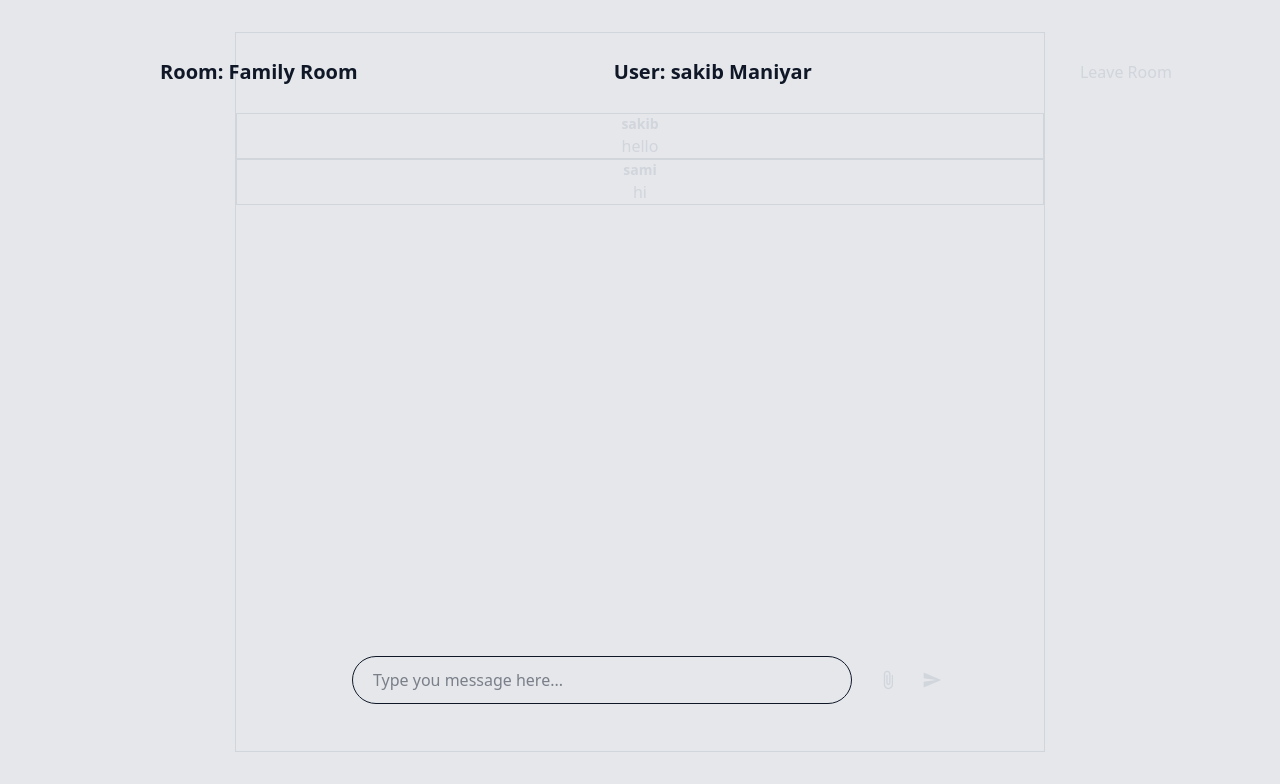
Repository: Saquib45/ChatApplication
Page: /chat (app in front-chat/)
An editor plug-in stored every save of this project. The page is shown before and after the next save, followed by the edit.
The browser window is 1280 px wide. The pictures show the whole page.
The project was rebuilt for these pictures with package versions that can differ from the ones it lists, and the page was loaded fresh each time. Also part of the build but not shown: front-chat/vite.config.js, front-chat/src/components/JoinCreateChat.jsx, front-chat/src/App.jsx.

Above is the page before, as saved 2025-04-12 21:57:15.

### front-chat/index.html
<!doctype html>
<html lang="en" class="dark">
  <head>
    <meta charset="UTF-8" />
    <link rel="icon" type="image/svg+xml" href="/vite.svg" />
    <meta name="viewport" content="width=device-width, initial-scale=1.0" />
    <title>Room Chat App</title>
  </head>
  <body class="h-screen bg-gray-200 text-gray-900 dark:bg-gray-950 dark:text-gray-400">
    <div id="root"></div>
    <script type="module" src="/src/main.jsx"></script>
  </body>
</html>

### front-chat/src/main.jsx
import { StrictMode } from 'react'
import { createRoot } from 'react-dom/client'
import './index.css'
import { BrowserRouter} from 'react-router'
import AppRoutes from "./config/routes.jsx"
import { Toaster } from 'react-hot-toast'

createRoot(document.getElementById('root')).render(
  <StrictMode>
    <BrowserRouter>
      <Toaster/>
      <AppRoutes/>
    </BrowserRouter>
  </StrictMode>,
)

### front-chat/src/config/routes.jsx

import React from "react";
import { Routes,Route } from "react-router";
import App from "../App.jsx";
import ChatPage from "../components/ChatPage.jsx";
const AppRoutes = () => {
  return (
    <Routes>
        <Route path="/" element={<App />} />
        <Route path="/chat" element={<ChatPage/>} />
        <Route path="/about" element={<h1>This is about page</h1>} />
        <Route path="*" element={<h1>404 Not Found</h1>} />

      </Routes>
  );
}
export default AppRoutes;

### front-chat/src/components/ChatPage.jsx
import React from "react";
import {MdAttachFile, MdSend} from "react-icons/md";
import { useState ,useRef } from "react";

function ChatPage() {

    const [messages,setMessages]=useState([{content:"hello",sender:"sakib"},{content:"hi",sender:"sami"} ]);
    const [input,setInput]=useState("");
    const inputRef=useRef(null);
    const chatBoxRef=useRef(null);
    const [stompClient,setStompClient]=useState(null);
    const [roomId,setRoomId]=useState("");


    return(
        <div className="">
            {/* Header of the page */}
            <header className=" dark:border-gray-700 fixed w-full dark:bg-gray-900 py-5 flex justify-around items-center">

                {/* room name container */}
                <div>
                    <h1 className="text-xl font-semibold">Room: <span>Family Room</span></h1>
                </div>

                {/* username container */}
                <div>
                    <h1 className="text-xl font-semibold">
                        User: <span>sakib Maniyar</span>
                    </h1>
                </div>

                {/* button: leave room container */}
                <div>
                    <button className="dark:bg-red-500 hover:dark:bg-red-700 px-3 py-2 rounded-full text-gray-300">Leave Room</button>
                </div>
            </header>

            {/* chat container */}
            <main className="py-20 border w-2/3 dark:bg-slate-600 text-gray-300  mx-auto h-screen overflow-auto">
                {
                    messages.map((message,index)=>(
                        <div key={index} >
                            <div className="border">
                                <p className="text-sm font-bold">{message.sender}</p>
                                <p>{message.content}</p>
                            </div>
                        </div>
                    ))
                }
            </main>


            {/* input message container */}
            <div className="fixed bottom-4 w-full h-12">
                <div className="h-full gap-4 pr-10 flex items-center justify-between  dark:border-gray-600 dark:bg-gray-900 rounded-full w-1/2 mx-auto">

                    <input type="text" placeholder="Type you message here..."

                        className="dark:border-gray-600  w-full border dark:bg-gray-800 rounded-full px-5 py-2 h-full  focus:outline-none"

                    />

                    <div className="flex gap-1">
                    <button className="dark:bg-purple-600  text-gray-300 h-10 w-10 flex justify-center items-center hover:dark:bg-purple-700 rounded-full">
                        <MdAttachFile size={20}/>
                    </button>
                    <button className="dark:bg-green-700  text-gray-300 h-10 w-10 flex justify-center items-center hover:dark:bg-green-800 rounded-full">
                        <MdSend size={20}/>
                    </button>
                    </div>
                </div>
            </div>
        </div>
    )
}

export default ChatPage;

Loaded but not shown: front-chat/src/index.css (common file); front-chat/src/App.css (common file)

After the next save:
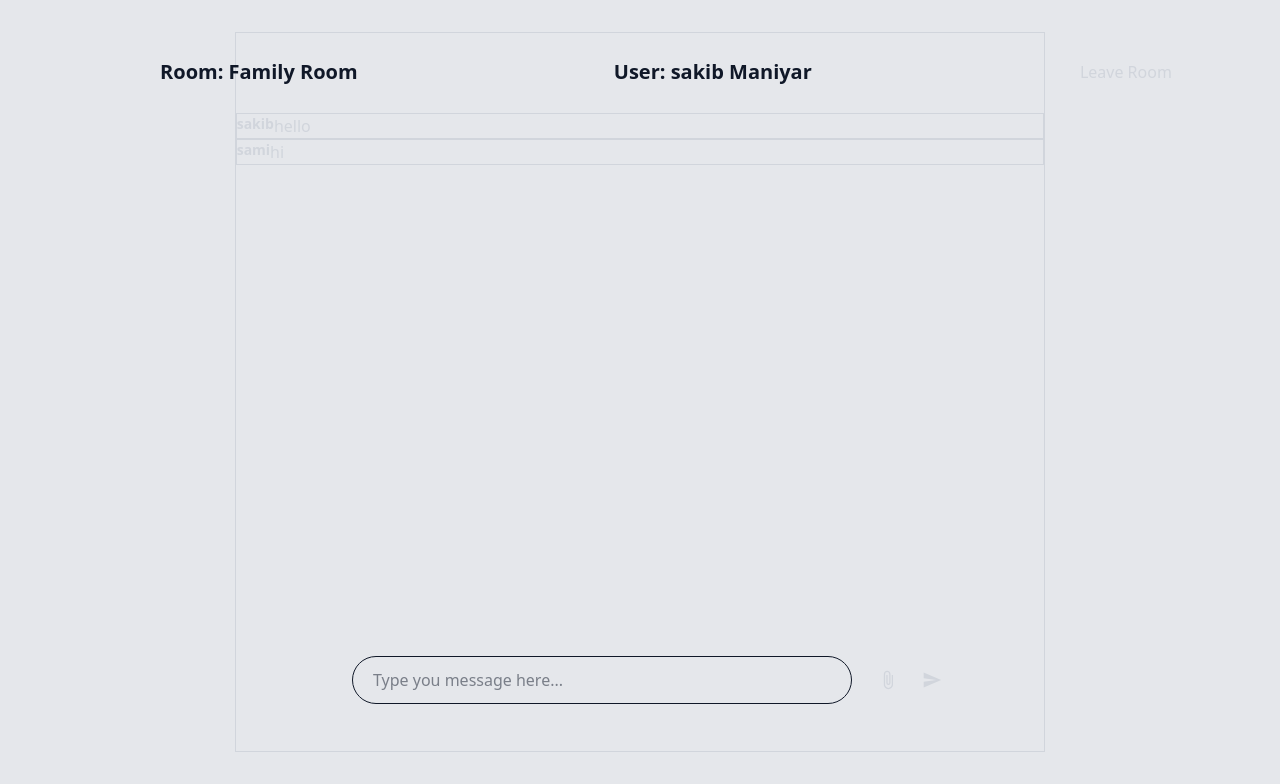
Saved 42 s later.
--- a/front-chat/src/components/ChatPage.jsx
+++ b/front-chat/src/components/ChatPage.jsx
@@ -40,7 +40,7 @@ function ChatPage() {
                 {
                     messages.map((message,index)=>(
                         <div key={index} >
-                            <div className="border">
+                            <div className="border flex flex">
                                 <p className="text-sm font-bold">{message.sender}</p>
                                 <p>{message.content}</p>
                             </div>
